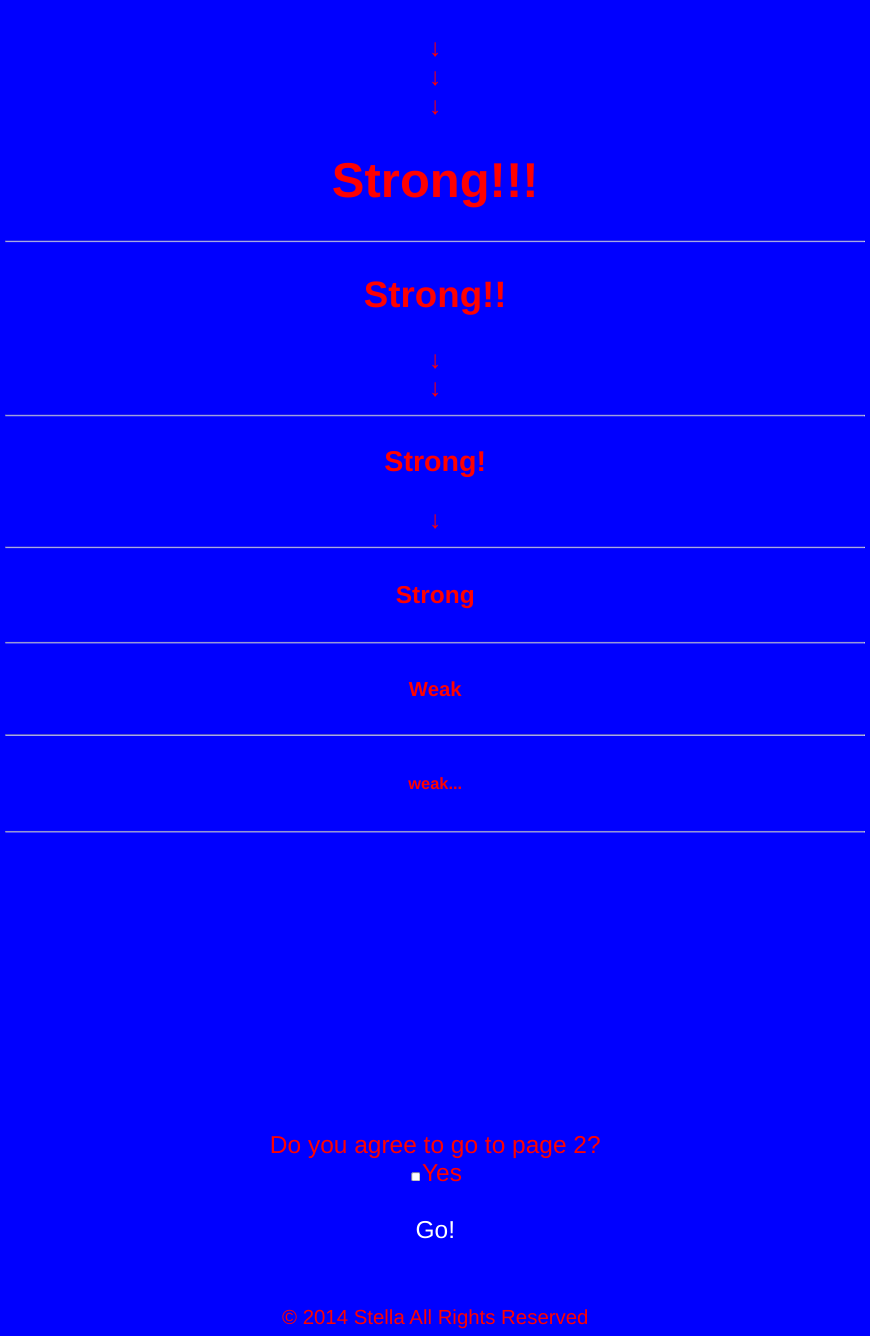
Repository: simj959/simj959.github.io
Page: index.html
The author's editor kept a record of every edit. The page is drawn from the files as they stood at one moment, then again after the next edit.
The browser window is 1280 px wide. The pictures show the whole page, at 68% of full size.

Above is the page before.

### index.html

<!DOCTYPE html>
<html>
	<head>
		<title>Creative computing</title>




<link rel="stylesheet" href="page1.css">

</head>
	<body>
<center>
<br>
&darr;<br>&darr;<br>&darr;<br>
		<h1>Strong!!!</h1>
			<hr />
		<h2>Strong!!</h2>&darr;<br>&darr;<br>
			<hr />
		<h3>Strong!</h3>&darr;<br>
			<hr />
		<h4>Strong</h4>
			<hr />
		<h5>Weak</h5>
			<hr />
		<h6>weak...</h6>
			<hr />
              <br>
              <br>
              <br>
              <br>
              <br>
              <br>
              <br>
              <br>
              <br>
              <br>



Do you agree to go to page 2?<br>
		<input type="checkbox">Yes<br>
		<br>
		<a href="page2.html">Go!</a></br>
		<br>
		<br>

<small> &copy; 2014 Stella All Rights Reserved </small>
	</body>
</html>

### page1.css
body {
    background-color: blue;
    color: red;
    font-size: 36px;
    font-family: Helvetica, Arial, sans-serif;
    text-align: right;
}

p {
    margin: 100px;

}

.paragrph2 {
    color: #a9a9a9;
}

.one {
    width: 200px;
    height: 200px;
    background-color: yellow;
    position: absolute;
    bottom: 20px;
    right: 100px;
border-radius: 100px;


}

a:link {
    color: white;
    text-decoration: none;
}

a:visited {
    color: black;

}

a:hover {
    color: red;
}

.one:hover {
background-color: lime;

}

After the next edit:
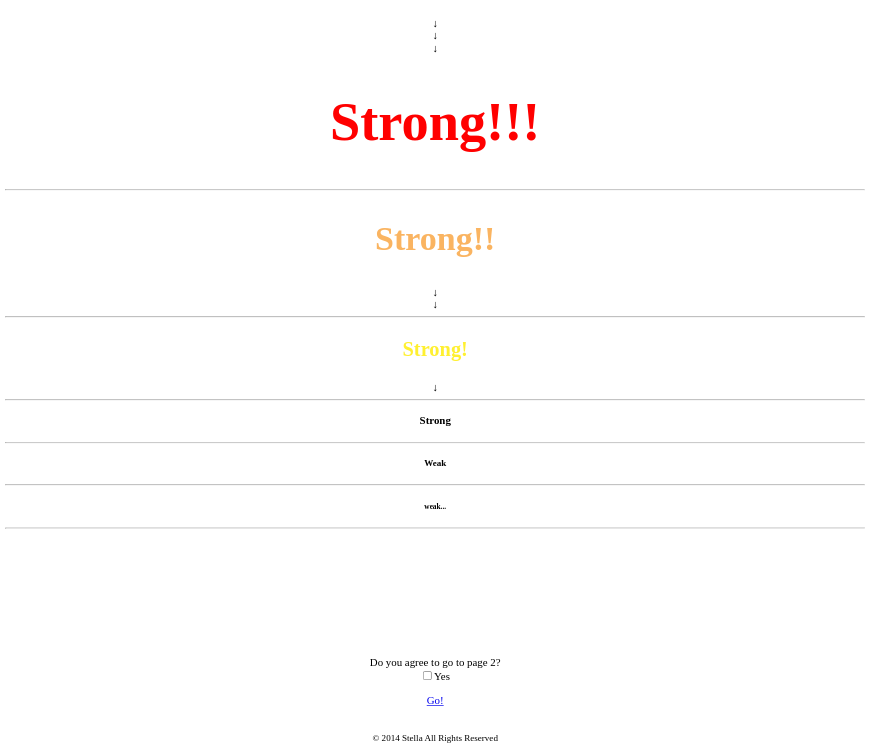
The edit:
--- a/page1.css
+++ b/page1.css
@@ -1,47 +1,20 @@
-body {
-    background-color: blue;
-    color: red;
-    font-size: 36px;
-    font-family: Helvetica, Arial, sans-serif;
-    text-align: right;
-}
-
-p {
-    margin: 100px;
+h1 {
+    font-family: "Times New Roman", Times, serif;
+    font-size: 80px;
+    color: red
 
 }
 
-.paragrph2 {
-    color: #a9a9a9;
+h2 {
+ font-family: "Times New Roman", Times, serif;
+    font-size: 50px;
+    color: #fab461
 }
 
-.one {
-    width: 200px;
-    height: 200px;
-    background-color: yellow;
-    position: absolute;
-    bottom: 20px;
-    right: 100px;
-border-radius: 100px;
+h3 {
+ font-family: "Times New Roman", Times, serif;
+    font-size: 30px;
+    color: #fff030
+    }
 
-
-}
-
-a:link {
-    color: white;
-    text-decoration: none;
-}
-
-a:visited {
-    color: black;
-
-}
-
-a:hover {
-    color: red;
-}
-
-.one:hover {
-background-color: lime;
-
-}
+a.ex1:hover, a.ex1:active {font-size: 150%;}
